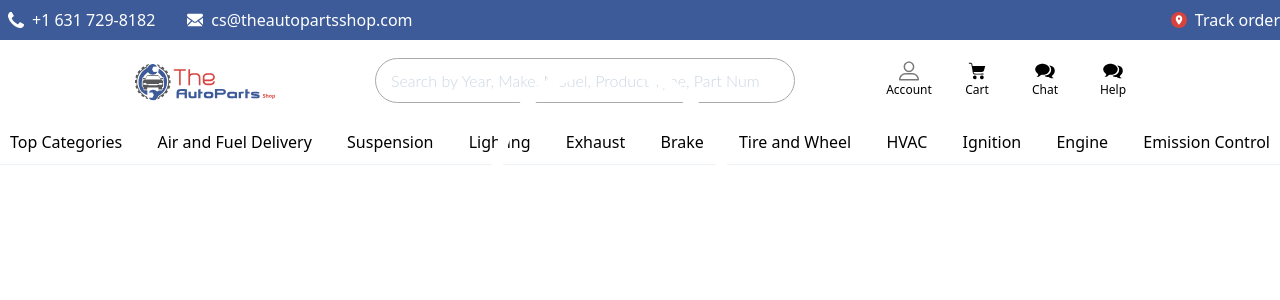
Repository: robindhimanspineor/TAPS-Next
Page: /
An editor plug-in stored every save of this project. The page is shown before and after the next save, followed by the edit.
The browser window is 1280 px wide. The pictures show the whole page.
The project was rebuilt for these pictures with package versions that can differ from the ones it lists, and the page was loaded fresh each time. The framework's server and built-in components were replaced by stand-ins that run in the browser. Also part of the build but not shown: next.config.js.

Above is the page before, as saved 2021-09-16 18:07:51.

### src/pages/index.tsx
// import { useRouter } from 'next/router';

// import { Meta } from '../layout/Meta';
// import { Main } from '../templates/Main';
import Header from '../components/common/header';

const Index = () => {
  // const router = useRouter();

  return (
    // <Main
    //   meta={
    //     <Meta
    //       title="Next.js Boilerplate Presentation"
    //       description="Next js Boilerplate is the perfect starter code for your project. Build your React application with the Next.js framework."
    //     />
    //   }
    // >
    // </Main>
    <div>
      <main className="main-container block">
        <Header />
      </main>
    </div>
  );
};

export default Index;

### src/styles/main.css
@tailwind base;
a {
  @apply text-blue-700;
}

a:hover {
  @apply border-b-2 border-blue-700;
}

@tailwind components;
@tailwind utilities;
.content p {
  @apply my-6;
}

.content ul {
  @apply my-6;
}

a {
  text-decoration: none;
  color: black;
}

.main-header {
  display: flex;
  flex-direction: row;
  flex-wrap: nowrap;
  align-content: flex-start;
  align-items: center;
  height: 80px;
  max-width: 1580px;
  flex-grow: 1;
  width: 100%;
  padding: 0 125px 0 115px;
}

.logo {
  flex-basis: 260px;
  display: flex;
  align-items: center;
  justify-content: flex-start;
  padding-left: 20px;
}

.logo a {
  display: inline-block;
}

.logo a span {
  display: block;
  margin-top: 5px;
  width: 140px;
}

.searchbar {
  flex: 1;
}

.searchbar .form-group-wrapper {
  position: relative;
}

.searchbar .form-group-wrapper input {
  padding-right: 35px;
}

.searchbar input {
  border-radius: 50px;
  padding-right: 10px;
}

.react-autosuggest__input {
  width: 100%;
  height: 45px;
  padding: 0 65px 0 15px;
  font-weight: 300;
  font-size: 16px;
  border: 1px solid #aaa;
  border-radius: 4px;
  font-family: 'Lato';
}

.searchbar .form-group-wrapper .search-icon {
  position: absolute;
  top: 4px;
  bottom: 4px;
  right: 10px;
  border-radius: 0 3px 3px 0;
}

.cart-buttons {
  /* flex-basis: 550px; */
  flex-basis: 300px;
  height: 80px;
  display: flex;
  flex-direction: row;
  flex-wrap: nowrap;
  align-items: center;
  margin-left: 60px;
  padding-left: 40px;
  padding-left: 20px;
  padding-right: 8px;
}

.cart-buttons .buttons-list {
  width: 100%;
}

.cart-buttons .buttons-list>ul {
  display: flex;
  flex-wrap: nowrap;
  height: 80px;
  padding: 0;
}

ul li {
  list-style: none;
}

.cart-buttons .buttons-list>ul li:first-child {
  border-left: 0px;
}

.cart-buttons .buttons-list>ul li {
  flex: 1;
  display: flex;
  align-items: stretch;
  justify-content: center;
  position: relative;
  cursor: pointer;
}

.cart-buttons .buttons-list>ul li div.wrap {
  display: flex;
  align-items: center;
  width: 100%;
  justify-content: center;
  flex-direction: column;
}

.cart-buttons ul li .nav-icon {
  width: 30px !important;
  height: 20px !important;
}

.cart-buttons ul li div.wrap span.icon_label {
  font-size: 12px !important;
}

svg {
  width: 100%;
  height: 100%;
}

.cart-buttons .buttons-list>ul li .nav-icon svg {
  fill: #777;
}

### src/components/common/header/index.tsx
import TopHeader from './top-header';
import MainHeader from './main-header';
import CategoriesHeader from './categories-header';

const Header = () => {
  return (
    <header className="flex flex-col items-center justify-center w-full static border-b z-50">
      <TopHeader />
      <MainHeader />
      <CategoriesHeader />
    </header>
  );
};

export default Header;

### src/components/common/header/top-header.tsx
import PhoneHandle from '../../../svg/PhoneHandleSvg.js';
import MailBoxSvg from '../../../svg/MailBoxSvg.js';
import TrackOrderSvg from '../../../svg/TrackOrderSvg.js';

import topHeaderStyles from '../../../styles/top-header.module.css';
const TopHeader = () => {
  return (
    <div className={`${topHeaderStyles.bgBlue} head-top py-2 w-full text-base`}>
      <div className="w-screen max-w-screen-xl flex justify-between mx-auto">
        <div className="head-top-left flex text-white font-medium pl-2">
          <div className="head-top-phone flex items-center text-white w-auto">
            <div
              className="text-white h-6 w-6 flex items-center pr-2"
              style={{ fill: '#fff' }}
            >
              <PhoneHandle />
            </div>
            <p>+1 631 729-8182</p>
          </div>
          <div className="heap-top-email flex items-center text-white w-auto ml-8">
            <div
              className="text-white h-6 w-6 flex items-center pr-2"
              style={{ fill: '#fff' }}
            >
              <MailBoxSvg />
            </div>
            <p>cs@theautopartsshop.com</p>
          </div>
        </div>
        <div className="head-top-right text-white font-medium">
          <div
            className="head-top-track-order flex items-center text-white w-auto cursor-pointer"
            onClick={() => console.log('track order')}
          >
            <div
              className="text-white h-6 w-6 flex items-center pr-2 "
              style={{ fill: '#fff' }}
            >
              <TrackOrderSvg />
            </div>
            <p>Track order</p>
          </div>
        </div>
      </div>
    </div>
  );
};
export default TopHeader;

### src/components/common/header/main-header.tsx
import Logo from './logo';
import Navigation from './navigation/Navigation';
import SearchBar from './searchbar';

const MainHeader = () => {
  return (
    <div className="main-header">
      <Logo />
      <SearchBar />
      <Navigation />
    </div>
  );
};

export default MainHeader;

### src/components/common/header/categories-header.tsx
import Link from 'next/link';
const CategoriesHeader = () => {
  return (
    <div className="header-categories w-screen max-w-screen-xl flex justify-between ">
      <Link href="/">
        <a className="m-2.5 text-black">Top Categories</a>
      </Link>
      <Link href="/air-and-fuel-delivery">
        <a className="m-2.5 text-black">Air and Fuel Delivery</a>
      </Link>
      <Link href="/suspension">
        <a className="m-2.5 text-black">Suspension</a>
      </Link>
      <Link href="/electrical-lighting-and-body">
        <a className="m-2.5 text-black">Lighting</a>
      </Link>
      <Link href="/exhaust">
        <a className="m-2.5 text-black">Exhaust</a>
      </Link>
      <Link href="/brake">
        <a className="m-2.5 text-black">Brake</a>
      </Link>
      <Link href="/tire-and-wheel">
        <a className="m-2.5 text-black">Tire and Wheel</a>
      </Link>
      <Link href="/hvac">
        <a className="m-2.5 text-black">HVAC</a>
      </Link>
      <Link href="/ignition">
        <a className="m-2.5 text-black">Ignition</a>
      </Link>
      <Link href="/engine">
        <a className="m-2.5 text-black">Engine</a>
      </Link>
      <Link href="/emission-control">
        <a className="m-2.5 text-black">Emission Control</a>
      </Link>
    </div>
  );
};

export default CategoriesHeader;

### src/styles/top-header.module.css
.bgBlue {
  background-color: #3d5b99;
}

### src/components/common/header/navigation/Navigation.tsx
import React from 'react';
import ShoppingCart from './shoppingcart/ShoppingCart';
import Chat from './chat';
import Login from './Login';
import Help from './help';

const Navigation = () => (
  <div className="cart-buttons">
    <div className="buttons-list">
      <ul>
        <Login />
        <ShoppingCart />
        <Chat />
        <Help />
      </ul>
    </div>
  </div>
);

export default Navigation;

### src/components/common/header/searchbar.tsx
import { useState } from 'react';

const SearchBar = () => {
  const [value, setvalue] = useState('');

  const onChange = (event: any) => {
    setvalue(event.target.value);
  };

  const handleSearch = (event: any) => {
    event.preventDefault();
    // if (state.value.trim().length === 0) {
    //   document.getElementById('searchinput').classList.add('error');
    // } else {
    //   const path = `/search/${encodeURIComponent(state.value.trim())}`;
    //   // GA Tracling
    //   dataLayer.push({
    //     'search-input': this.state.value,
    //   });

    //   this.props.router.push(path);
    // }
  };

  // render() {
  //   const { value } = this.state;

  return (
    <div className="searchbar">
      <form id="textSearchForm" onSubmit={handleSearch}>
        <div className="form-group-wrapper">
          <input
            type="text"
            id="searchinput"
            placeholder="Search by Year, Make, Model, Product Type, Part Number or Brand..."
            value={value}
            onChange={onChange}
            className="react-autosuggest__input"
            aria-label="Search part you need"
            autoComplete="off"
          />

          <div className="search-icon">
            <button type="submit" id="searchButton" aria-label="Search">
              <span>
                <svg
                  x="0px"
                  y="0px"
                  viewBox="0 0 52.966 52.966"
                  style={{ enableBackground: 'new 0 0 52.966 52.966' }}
                  xmlSpace="preserve"
                  aria-label="search icon"
                >
                  {' '}
                  <path
                    d="M51.704,51.273L36.845,35.82c3.79-3.801,6.138-9.041,6.138-14.82c0-11.58-9.42-21-21-21s-21,9.42-21,21s9.42,21,21,21
                                    c5.083,0,9.748-1.817,13.384-4.832l14.895,15.491c0.196,0.205,0.458,0.307,0.721,0.307c0.25,0,0.499-0.093,0.693-0.279
                                    C52.074,52.304,52.086,51.671,51.704,51.273z M21.983,40c-10.477,0-19-8.523-19-19s8.523-19,19-19s19,8.523,19,19
                                    S32.459,40,21.983,40z"
                    fill="#FFFFFF"
                  />
                </svg>
              </span>
            </button>
          </div>
        </div>
      </form>
    </div>
  );
};

export default SearchBar;

### src/components/common/header/navigation/shoppingcart/ShoppingCart.tsx
const ShoppingCart = () => {
  return (
    <li className="full-cart">
      <div className="wrap">
        <span className="nav-icon">
          <svg
            xmlns="http://www.w3.org/2000/svg"
            version="1.0"
            width="256.000000pt"
            height="256.000000pt"
            viewBox="0 0 256.000000 256.000000"
            preserveAspectRatio="xMidYMid meet"
          >
            <g
              transform="translate(0.000000,256.000000) scale(0.100000,-0.100000)"
              fill="#000000"
              stroke="none"
            >
              <path d="M238 2332 c-15 -17 -14 -90 0 -104 8 -8 50 -11 121 -9 121 3 154 -7 186 -56 13 -19 47 -195 117 -598 54 -313 100 -580 101 -592 1 -12 6 -21 11 -20 5 1 11 -4 14 -12 3 -9 0 -11 -8 -6 -7 4 -2 -6 11 -24 28 -38 38 -41 14 -4 -16 25 -14 25 19 -6 38 -37 48 -52 19 -30 -15 11 -16 11 -6 -1 7 -7 21 -15 30 -16 10 -2 42 -10 72 -18 82 -24 1157 -25 1180 -1 25 25 22 71 -7 97 -14 13 -23 19 -20 13 4 -7 -185 -9 -560 -8 -508 2 -570 4 -599 19 -45 23 -62 53 -77 135 l-14 69 557 0 556 0 51 24 c28 13 55 29 58 35 10 15 29 14 20 -1 -13 -22 37 25 58 55 11 15 21 40 23 55 1 15 39 140 84 278 44 139 81 260 81 271 0 10 -6 25 -12 33 -11 12 -10 12 4 1 9 -7 19 -25 21 -39 l4 -27 2 26 c0 16 -9 34 -26 50 -14 13 -23 18 -18 10 6 -11 4 -13 -9 -8 -10 4 -370 7 -800 7 l-782 0 -21 118 c-12 64 -24 126 -28 137 -6 17 -5 17 5 5 10 -13 11 -13 7 0 -2 8 -10 15 -17 15 -7 0 -15 6 -18 14 -3 9 0 11 9 5 12 -6 12 -5 0 9 -8 10 -16 15 -19 12 -3 -2 -22 11 -43 30 -22 20 -60 40 -91 49 -71 20 -246 25 -260 8z" />
              <path d="M720 1958 c0 -17 43 -18 788 -16 l787 3 -779 2 c-609 3 -782 6 -788 16 -5 8 -8 7 -8 -5z" />
              <path d="M948 698 c16 -6 16 -7 -1 -7 -28 -1 -79 -30 -122 -70 -21 -20 -33 -27 -25 -16 14 18 14 19 -2 6 -10 -7 -16 -17 -13 -21 3 -4 -2 -25 -11 -46 -16 -39 -16 -135 0 -179 7 -17 6 -17 -4 -5 -10 13 -11 13 -7 0 2 -8 8 -15 13 -15 6 0 25 -17 44 -38 48 -55 103 -80 175 -80 69 0 111 17 170 72 21 20 33 27 25 16 -14 -18 -14 -19 2 -6 10 7 16 17 13 21 -3 4 2 24 10 44 19 45 19 127 0 172 -8 20 -13 40 -10 44 7 11 -56 75 -87 91 -17 8 -15 4 7 -15 17 -14 33 -25 36 -26 4 0 15 -12 24 -27 15 -24 12 -23 -21 8 -42 40 -92 69 -121 70 -17 0 -17 1 -1 7 10 4 -12 7 -47 7 -35 0 -57 -3 -47 -7z" />
              <path d="M1845 689 c-16 -5 -36 -7 -43 -4 -8 3 -10 0 -6 -7 5 -8 2 -9 -10 -5 -11 5 -29 -5 -54 -29 -20 -20 -31 -33 -23 -28 9 4 12 2 9 -7 -3 -8 -10 -14 -15 -14 -6 0 -15 -4 -20 -9 -5 -5 -3 -6 5 -2 16 10 15 1 -5 -37 -21 -41 -20 -134 1 -175 19 -37 20 -46 4 -36 -8 4 -10 3 -5 -2 5 -5 14 -9 20 -9 5 0 12 -6 15 -14 3 -9 0 -11 -9 -6 -8 5 -3 -4 10 -18 25 -28 37 -35 25 -16 -4 7 -1 10 7 7 8 -3 14 -10 14 -15 0 -6 4 -15 9 -20 5 -5 6 -2 1 6 -5 9 -3 12 6 9 8 -3 13 -10 12 -16 -2 -6 3 -9 10 -7 6 3 26 0 42 -5 l30 -10 -35 5 c-27 4 -31 2 -18 -6 29 -17 134 6 222 49 5 3 5 -2 1 -9 -4 -8 8 2 28 20 36 34 47 48 27 36 -15 -9 -12 0 13 42 17 29 22 54 22 103 0 49 -5 74 -22 103 -26 44 -28 51 -10 41 6 -4 -4 9 -22 29 -34 36 -48 47 -36 27 9 -15 -1 -12 -37 10 -35 21 -31 28 5 9 17 -9 20 -9 11 1 -15 15 -138 21 -179 9z" />
            </g>
          </svg>
        </span>
        <span className="icon_label">Cart</span>
      </div>
    </li>
  );
};

export default ShoppingCart;

### src/components/common/header/navigation/chat.tsx
import CommentsSvg from '../../../../svg/CommentsSvg.js';

const Chat = () => {
  return (
    <li
      className="chat-button"
      onClick={() => console.log('loadchat')}
      role="presentation"
    >
      <div className="wrap">
        <span className="nav-icon">
          <CommentsSvg />
        </span>
        <span className="icon_label">Chat</span>
      </div>
    </li>
  );
};

export default Chat;

### src/components/common/header/navigation/Login/index.tsx
import UserSvg from '../../../../../svg/UserSvg.js';

const Login = () => {
  return (
    <li className="account">
      <div className="wrap">
        <span className="nav-icon">
          <UserSvg />
        </span>
        <span className="icon_label">Account</span>
      </div>
    </li>
  );
};

export default Login;

### src/components/common/header/navigation/help.tsx
import CommentsSvg from '../../../../svg/CommentsSvg.js';

const Help = () => {
  return (
    <li className="help-button">
      <div className="wrap">
        <span className="nav-icon">
          <CommentsSvg />
        </span>
        <span className="icon_label">Help</span>
      </div>
    </li>
  );
};

export default Help;

Loaded but not shown: src/pages/_app.tsx (common file); src/pages/_document.tsx (common file); src/utils/AppConfig.ts (common file); tailwind.config.js (common file); src/svg/PhoneHandleSvg.js (58 lines, source omitted); src/svg/MailBoxSvg.js (65 lines, source omitted); src/svg/UserSvg.js (42 lines, source omitted); src/svg/CommentsSvg.js (12 lines, source omitted); src/svg/TrackOrderSvg.js (17 lines, source omitted); src/components/common/header/logo.tsx (133 lines, source omitted)

After the next save:
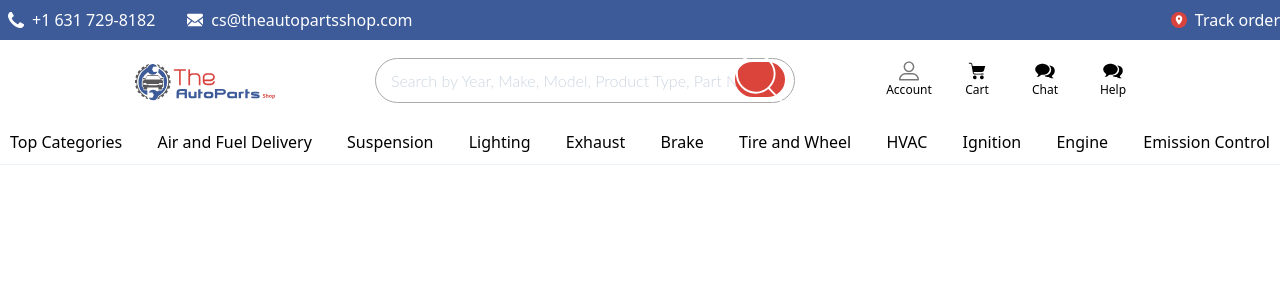
Saved 5 min 38 s later.
--- a/src/styles/main.css
+++ b/src/styles/main.css
@@ -89,6 +89,22 @@ a {
   border-radius: 0 3px 3px 0;
 }
 
+.searchbar .form-group-wrapper .search-icon button {
+  color: #fff;
+  cursor: pointer;
+  display: block;
+  width: 50px;
+  height: 35px;
+  background: #db443a;
+  outline: 0;
+  border: 0;
+  margin: 0;
+  padding: 0;
+  border-radius: 50px;
+  display: flex;
+  align-items: center;
+}
+
 .cart-buttons {
   /* flex-basis: 550px; */
   flex-basis: 300px;
